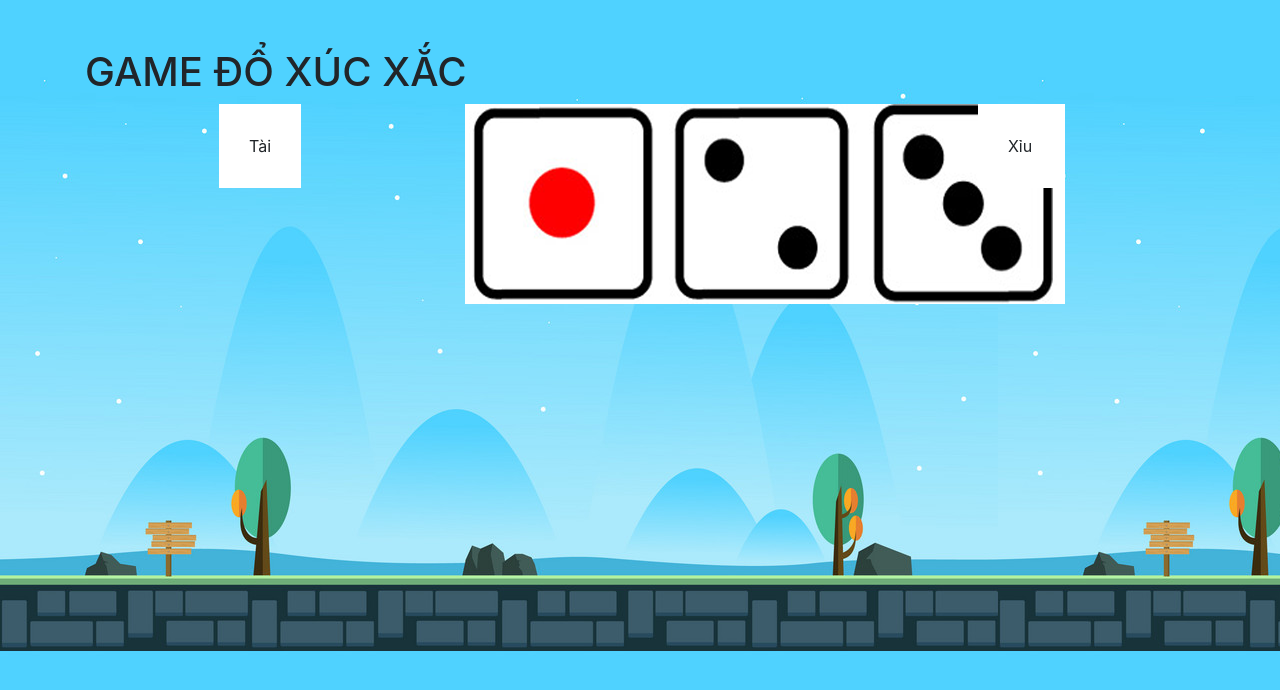
Repository: dovanthao2404/game-xuc-sac
Page: /
The author's editor kept a copy of each file at every save. The page is drawn from the files as they stood at one save, then again after the next save.
The browser window is 1280 px wide. The pictures show the whole page.
The project was rebuilt for these pictures with package versions that can differ from the ones it lists, and the page was loaded fresh each time.

Above is the page before, as saved 2021-09-11 13:07:08.

After the next save:
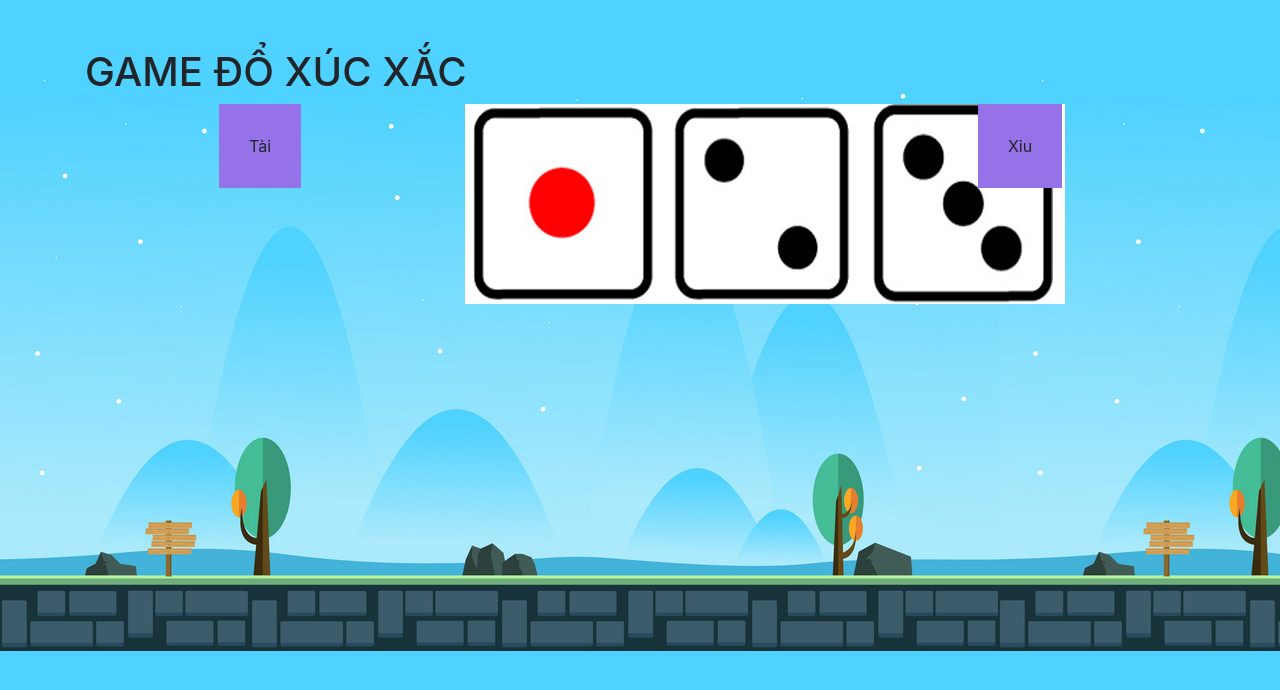
Saved 12 s later.
--- a/public/css/style.css
+++ b/public/css/style.css
@@ -12,5 +12,5 @@
 .type span{
   display: block;
   padding: 30px;
-  background: #fff;
+  background: rgb(149, 114, 231);
 }
